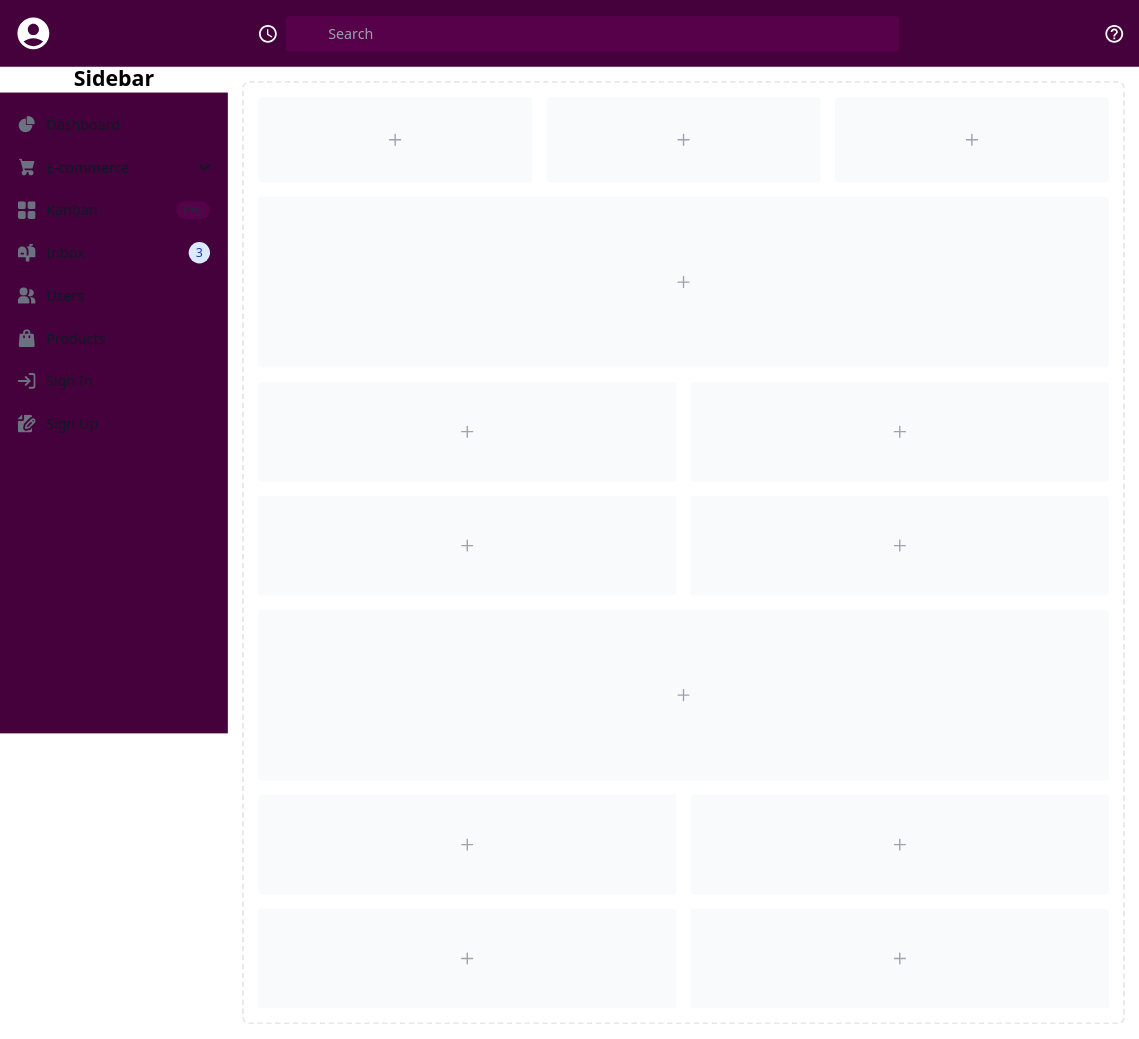
Repository: Shamraiz761/Slack_clone
Page: /
These files come from the project's save history. The page is drawn as it stood at one moment and after the next save; the edit follows.
The browser window is 1280 px wide. The pictures show the whole page, at 89% of full size.
The project was rebuilt for these pictures with package versions that can differ from the ones it lists, and the page was loaded fresh each time. Also part of the build but not shown: vite.config.js.

Above is the page before, as saved 2024-01-14 18:56:07.

After the next save:
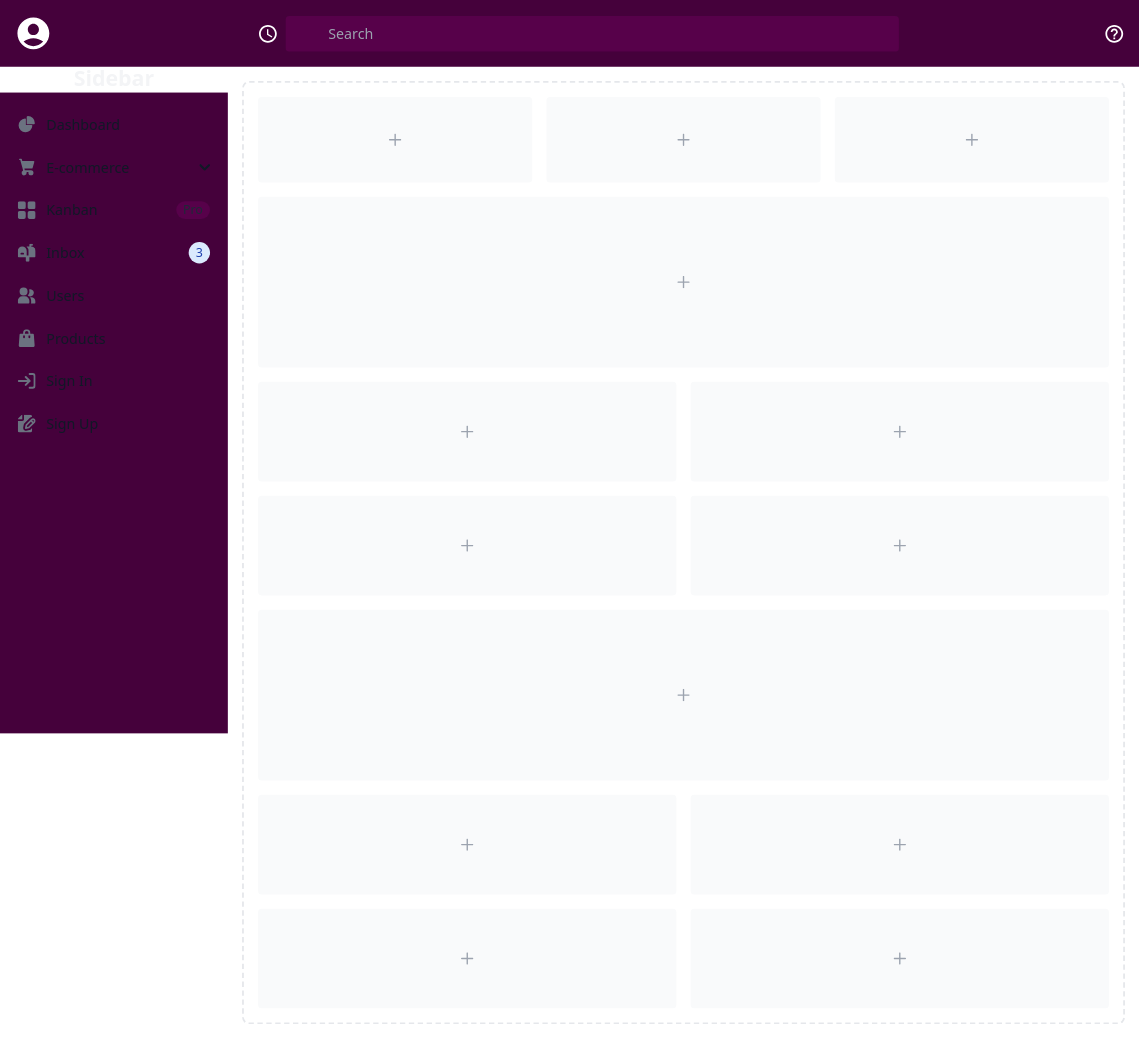
Saved 5 s later.
--- a/src/components/sidebar/Sidebar.jsx
+++ b/src/components/sidebar/Sidebar.jsx
@@ -10,7 +10,7 @@ function Sidebar() {
         className="absolute top-full left-0 mt-[-1095px] w-64 h-screen transition-transform -translate-x-full sm:translate-x-0"
         aria-label="Sidebar"
       >
-        <h1 className="text-center font-bold text-2xl text-">Sidebar</h1>
+        <h1 className="text-center font-bold text-2xl text-gray-100">Sidebar</h1>
         <div className="h-full px-3 py-4 overflow-y-auto bg-[#45013b] ">
           <ul className="space-y-2 font-medium">
             <li>
